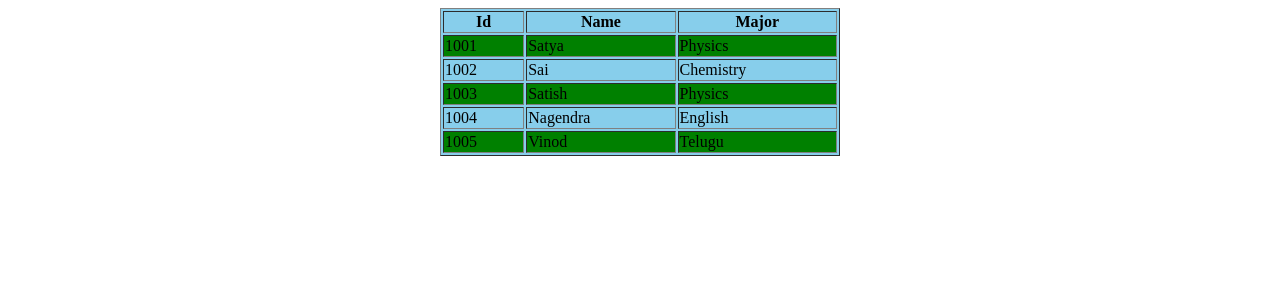
Repository: 1919satya/Mode2
Page: sample/sample/WebContent/table.html
These files come from the project's save history. The page is drawn as it stood at one moment and after the next save; the edit follows.
The browser window is 1280 px wide. The pictures show the whole page.

Above is the page before, as saved 2019-10-10 12:51:55.

After the next save:
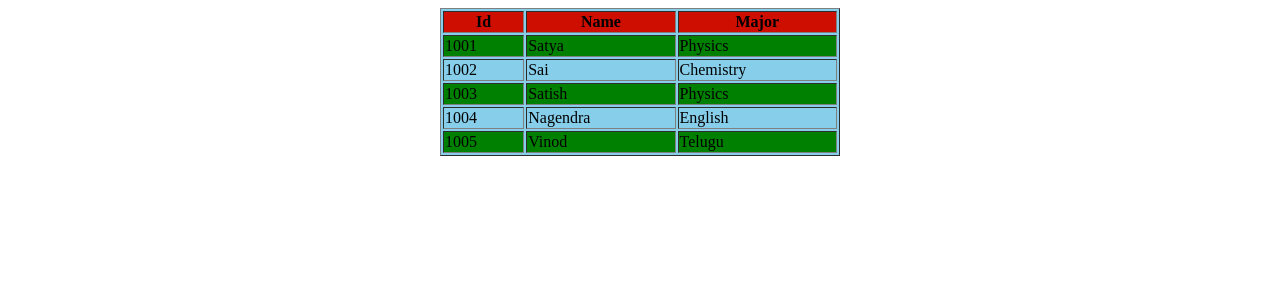
Saved 50 s later.
--- a/sample/sample/WebContent/table.html
+++ b/sample/sample/WebContent/table.html
@@ -8,7 +8,7 @@
 <form action="">
  <table border="1" align="center" width="400" bgcolor="skyblue">
 
- <tr>
+ <tr bgcolor="cement">
 
     <th>Id</th>
     <th>Name</th>
